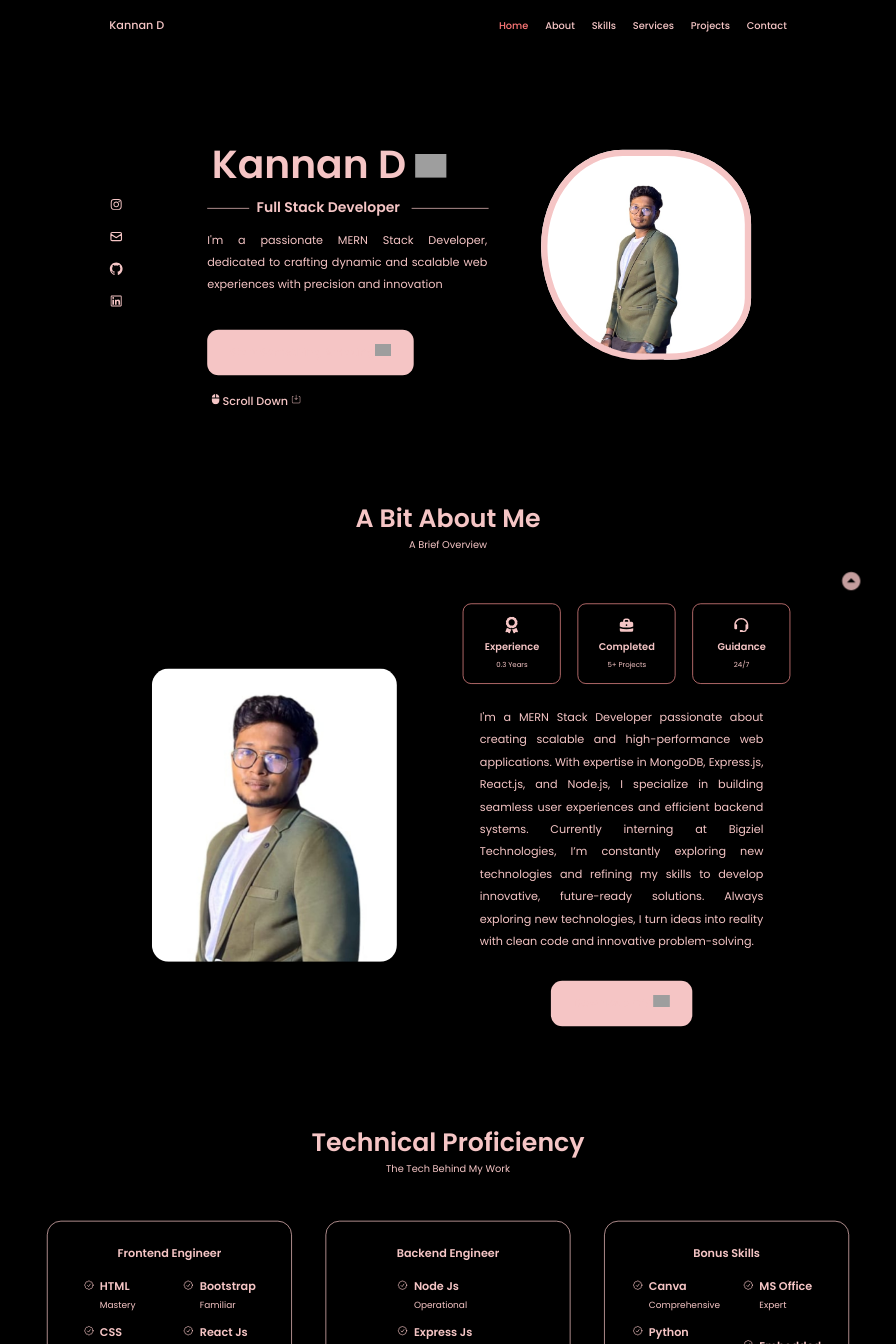
Repository: Kannan280/Portfolio
Page: /
These files come from the project's save history. The page is drawn as it stood at one moment and after the next save; the edit follows.
The browser window is 1280 px wide. The pictures show the part of the page from y = 0 to 1920 px (the page is 7796 px tall before and 7716 px after), at 70% of full size.
Pictures or frames that could not be fetched are drawn as grey boxes. The project was rebuilt for these pictures with package versions that can differ from the ones it lists, and the page was loaded fresh each time. Imported but missing from the stored project, and not drawn on this page: src/assets/KannanDResume.pdf.

Above is the page before, as saved 2025-07-01 00:45:51.

After the next save:
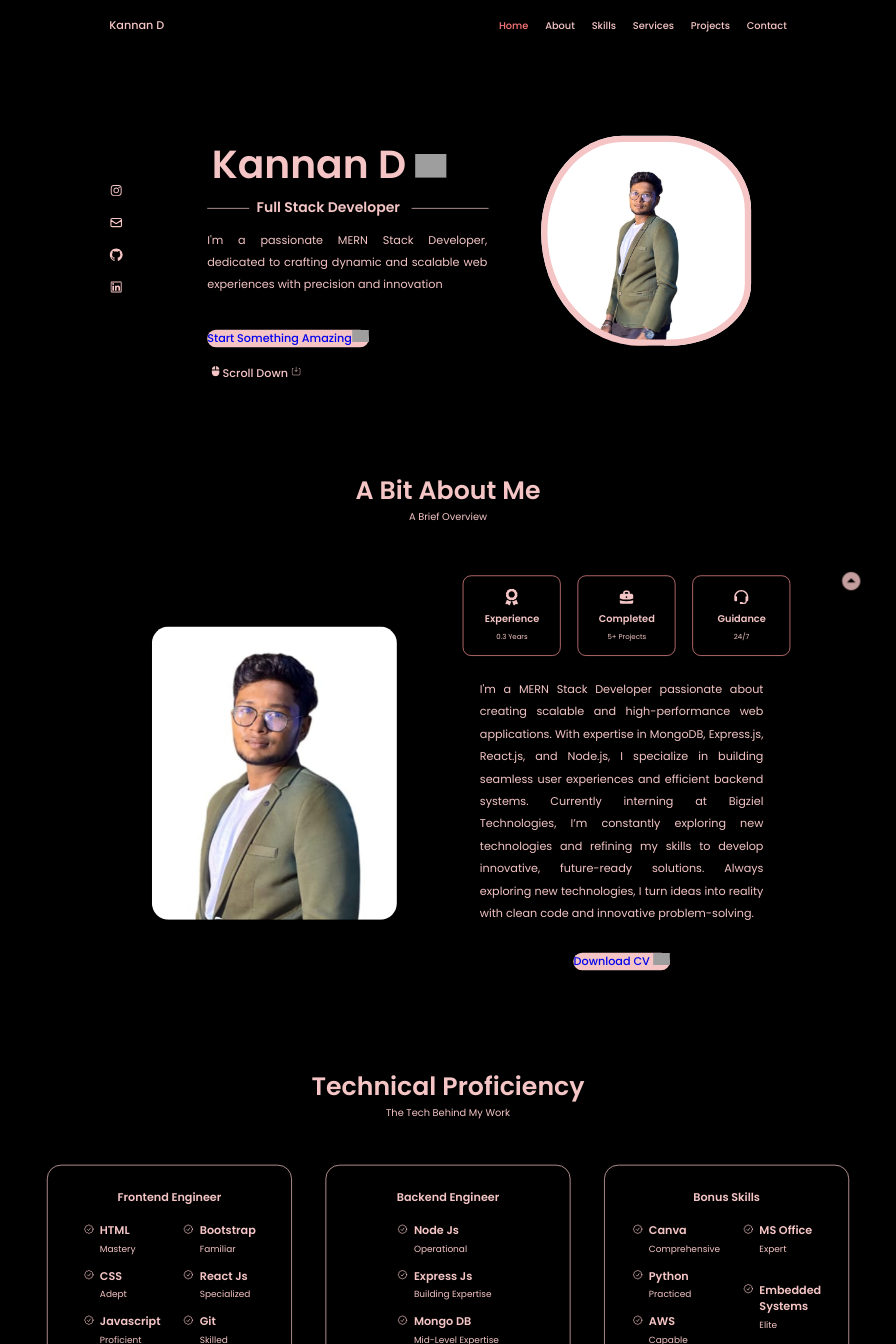
Saved 6 min 51 s later.
--- a/src/App.css
+++ b/src/App.css
@@ -138,7 +138,7 @@
   .button{
     display: inline-block;
     background-color: var(--title-color);
-    color: var(--container-color);
+    color: black
     padding: 1.25rem 2rem;
     border-radius: 1rem;
     font-weight: var(--font-medium);

After the save that followed:
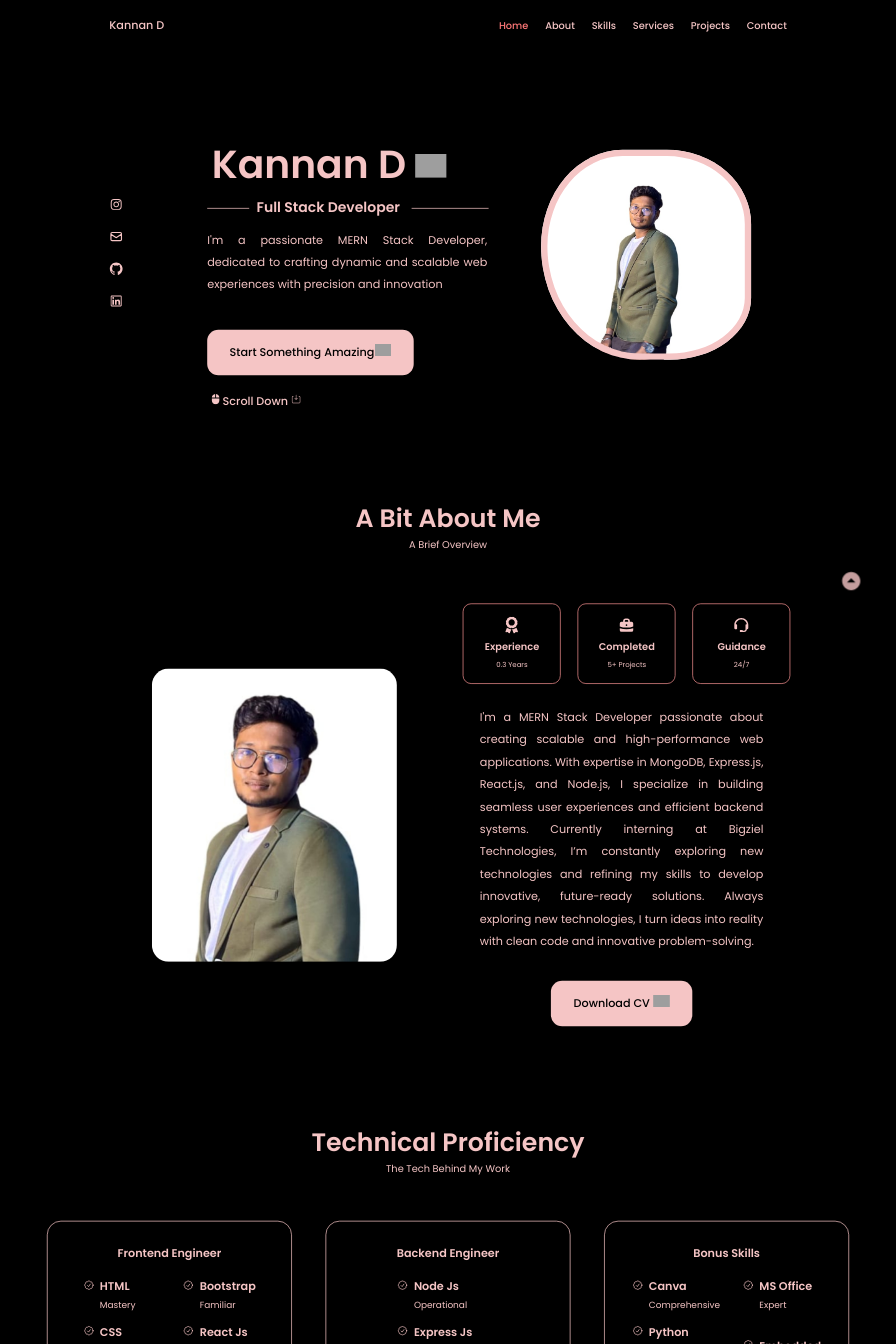
Saved 11 s later.
--- a/src/App.css
+++ b/src/App.css
@@ -138,7 +138,7 @@
   .button{
     display: inline-block;
     background-color: var(--title-color);
-    color: black
+    color: black;
     padding: 1.25rem 2rem;
     border-radius: 1rem;
     font-weight: var(--font-medium);
